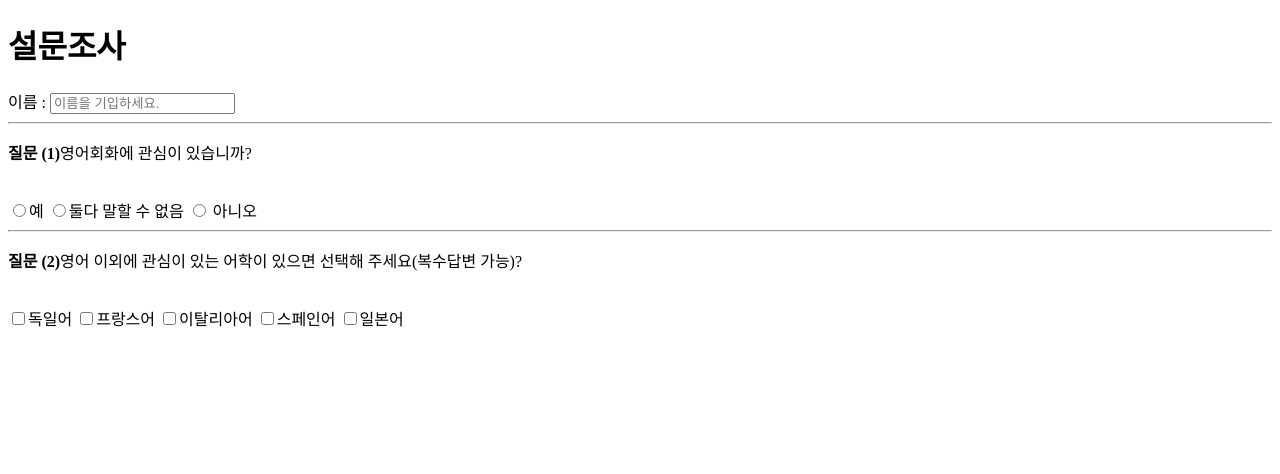
Repository: suhong99/htmlLecture
Page: cssWork1/src/main/webapp/indext5.html
An editor plug-in stored every save of this project. The page is shown before and after a run of saves, followed by the edit.
The browser window is 1280 px wide. The pictures show the whole page.

Above is the page before, as saved 2023-06-22 07:22:48.

### cssWork1/src/main/webapp/indext5.html
<!DOCTYPE html>
<html>
<head>
<meta charset="UTF-8">
<title>Insert title here</title>
</head>
<body>
<form>
	<h1>설문조사</h1>
	<div>이름 : <input placeholder="이름을 기입하세요."/></div>
	<hr>
	<p><b>질문 (1)</b>영어회화에 관심이 있습니까?</p>
	<br>
	<div>
		<input type="radio" name="english">예
		<input type="radio" name="english">둘다 말할 수 없음
		<input type="radio" name="english"> 아니오
	</div>
	<hr>
	<p><b>질문 (2)</b>영어 이외에 관심이 있는 어학이 있으면 선택해 주세요(복수답변 가능)?</p>
	<br>
		<div>
		<input type="checkbox" name="otherLanguage">독일어
		<input type="checkbox" name="otherLanguage">프랑스어
		<input type="checkbox" name="otherLanguage">이탈리아어
		<input type="checkbox" name="otherLanguage">스페인어
		<input type="checkbox" name="otherLanguage">일본어
	</div>
</form>
</body>
</html>

After the next 2 saves:
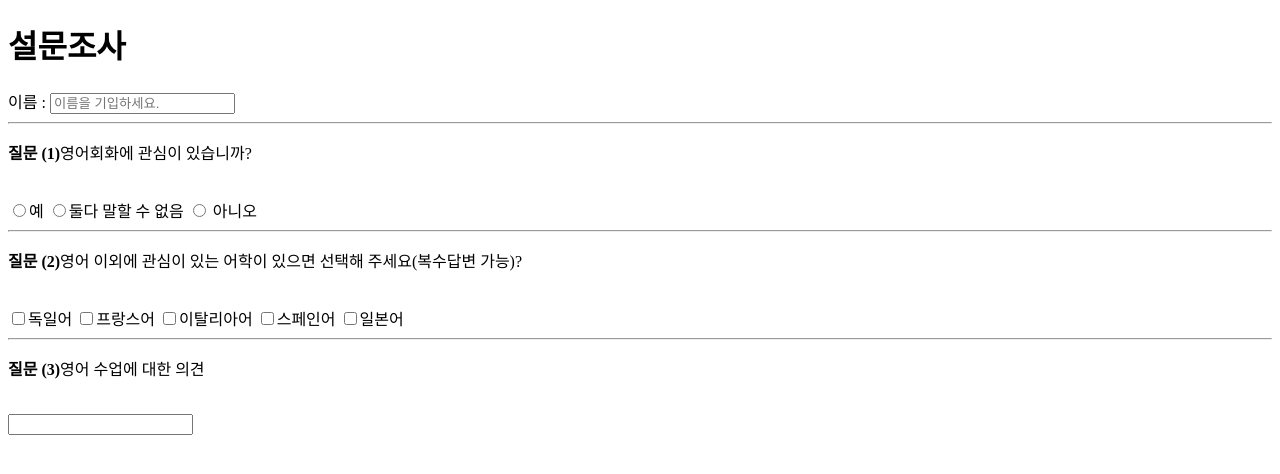
The 2 saves are shown as one change because they came seconds apart.
The last was saved 99 s later.
--- a/cssWork1/src/main/webapp/indext5.html
+++ b/cssWork1/src/main/webapp/indext5.html
@@ -26,6 +26,10 @@
 		<input type="checkbox" name="otherLanguage">스페인어
 		<input type="checkbox" name="otherLanguage">일본어
 	</div>
+	<hr>
+	<p><b>질문 (3)</b>영어 수업에 대한 의견</p>
+	<br>
+	<input type="text">
 </form>
 </body>
 </html>
